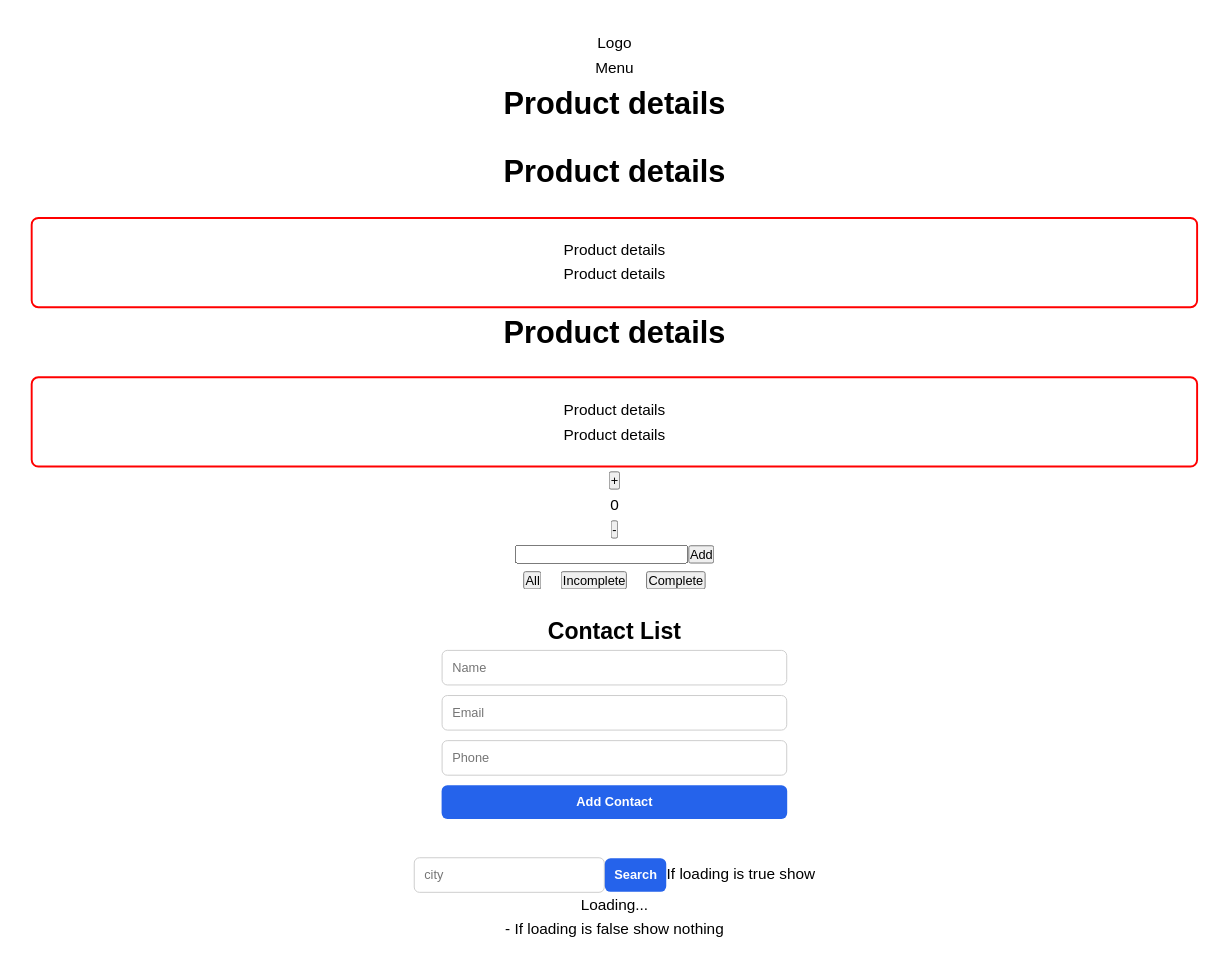
Repository: Manny1294/react-learning
Page: /
An editor plug-in stored every save of this project. The page is shown before and after the next save, followed by the edit.
The browser window is 1280 px wide. The pictures show the whole page, at 96% of full size.
The project was rebuilt for these pictures with package versions that can differ from the ones it lists, and the page was loaded fresh each time. Also part of the build but not shown: vite.config.js, src/components/Toggle.jsx, src/components/UserList.jsx.

Above is the page before, as saved 2026-02-04 15:23:49.

After the next save:
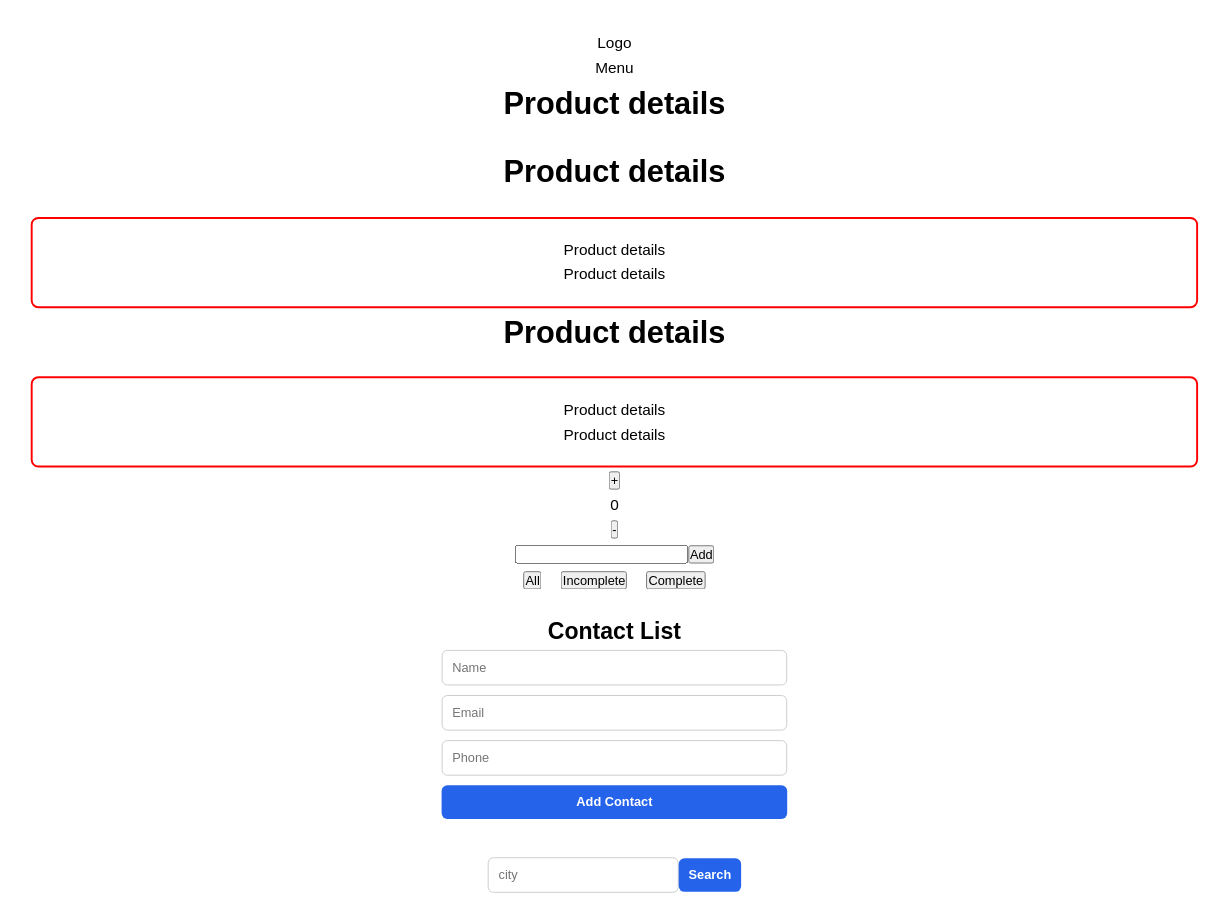
Saved 32 s later.
--- a/src/components/WeatherApp.jsx
+++ b/src/components/WeatherApp.jsx
@@ -49,8 +49,7 @@ export default function WeatherApp() {
       >
         Search
       </button>
-      If loading is true show <p>Loading...</p>- If loading is false show
-      nothing
+      {/* If loading is true show Loading.. If loading is false show nothing */}
       {loading && <p>Loading...</p>}
       {weather && (
         <div>
